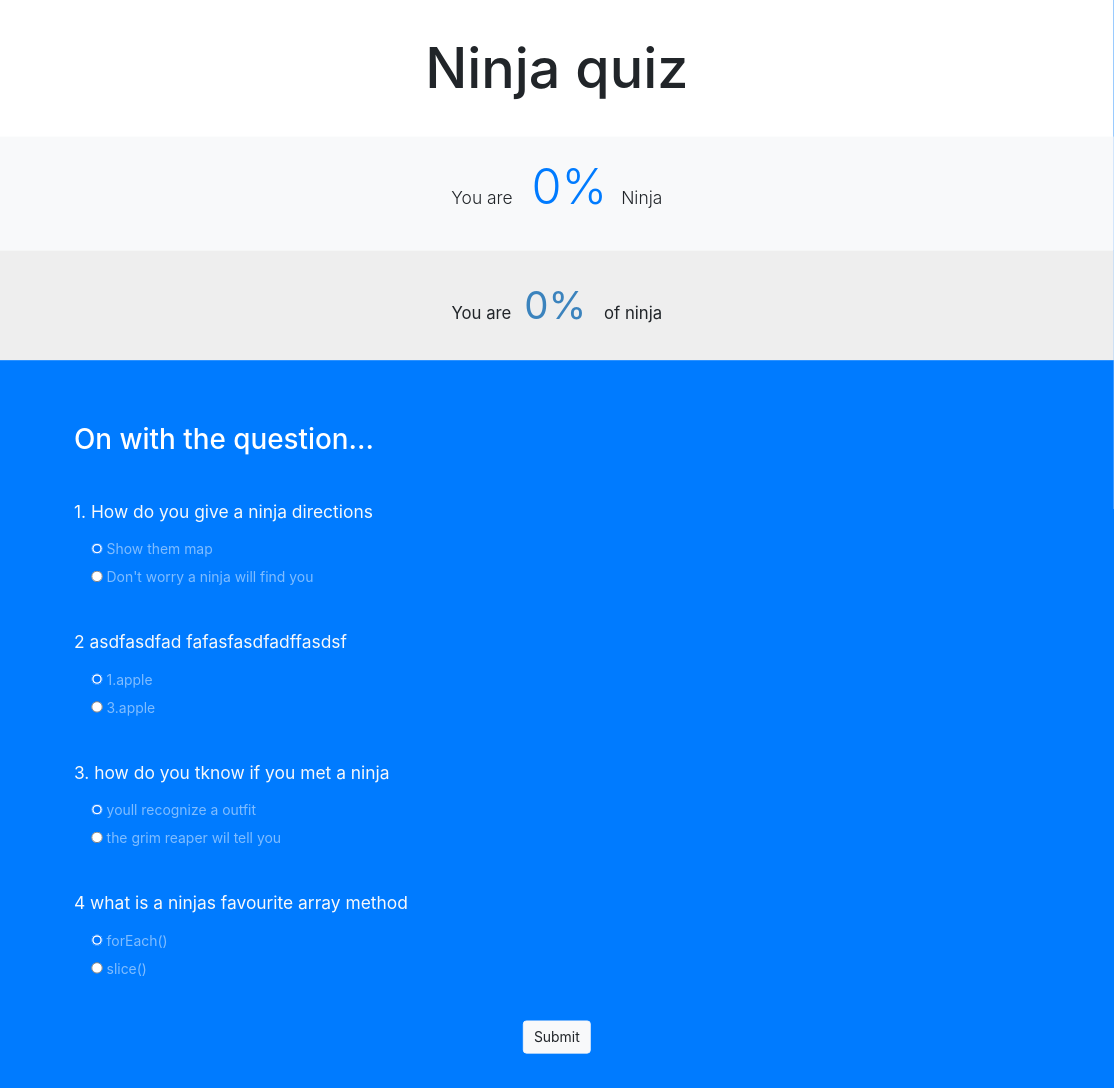
Repository: ajgors/config
Page: Nauka Js/Projekty/Quiz/index.html
An editor plug-in stored every save of this project. The page is shown before and after the next save, followed by the edit.
The browser window is 1280 px wide. The pictures show the whole page, at 87% of full size.

Above is the page before, as saved 2019-08-11 18:23:23.

After the next save:
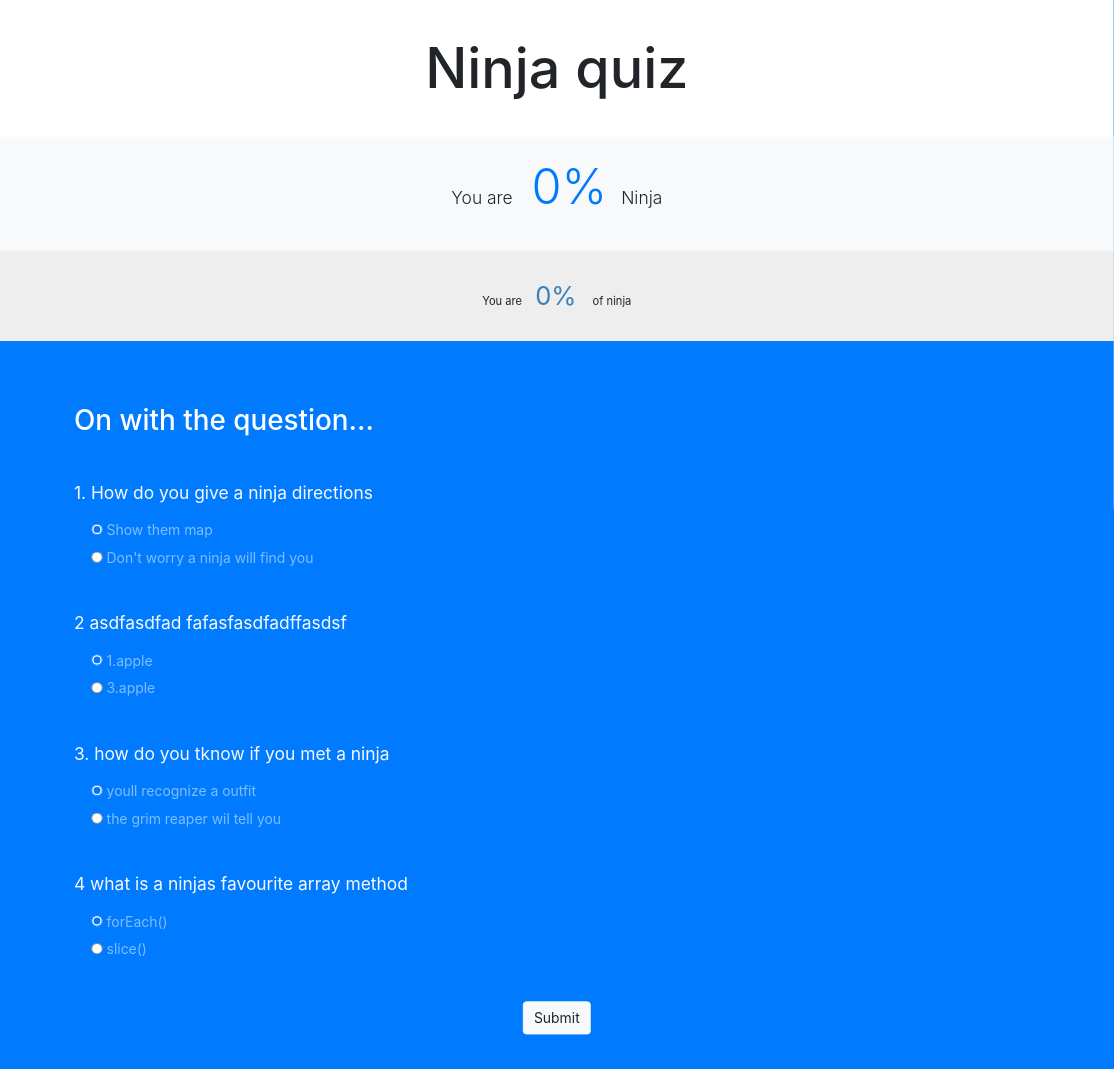
Saved 4 s later.
--- a/Nauka Js/Projekty/Quiz/css.css
+++ b/Nauka Js/Projekty/Quiz/css.css
@@ -16,7 +16,7 @@
     text-align: center;
     padding: 30px;
     margin: 0;
-    font-size: 1.2em
+    font-size: 0.8em
 }
 .result__span{
     font-size: 2.3em;
